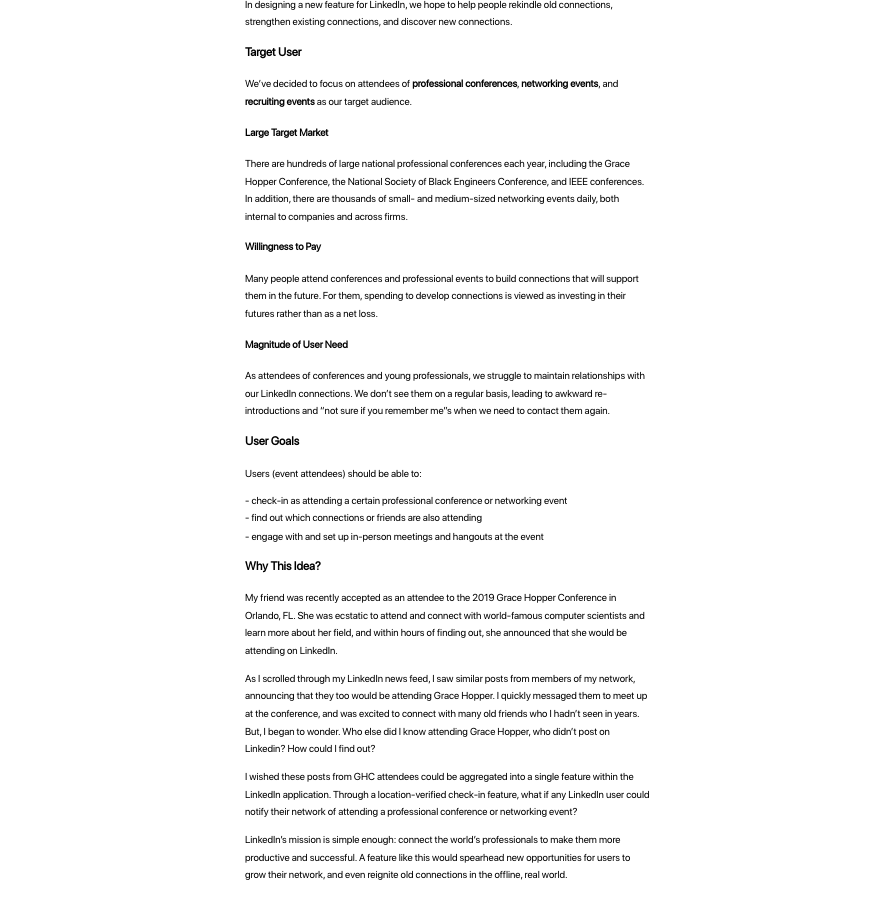
Repository: rdf004/rdf004.github.io
Page: /case1
An editor plug-in stored every save of this project. The page is shown before and after the next save, followed by the edit.
The browser window is 1280 px wide. The pictures show the part of the page from y = 884 to 2804 px (the page is 2185 px tall before and 2804 px after), at 70% of full size.
The project was rebuilt for these pictures with package versions that can differ from the ones it lists, and the page was loaded fresh each time. Also part of the build but not shown: src/Components/About.js, src/Components/Work.js, src/Components/Projects.js, src/Components/Design.js, src/Components/Books.js, src/Components/Resume.js.

Above is the page before, as saved 2019-11-20 21:11:32.

### public/index.html
<!DOCTYPE html>
<html lang="en">
  <head>
    <meta charset="utf-8" />
    <link rel="shortcut icon" href="Startup_Rocket-512.png" />
    <meta name="viewport" content="width=device-width, initial-scale=1" />
    <meta name="theme-color" content="#000000" />
    <meta
      name="description"
      content="Web site created using create-react-app"
    />
    <link rel="apple-touch-icon" href="logo192.png" />
    <!--
      manifest.json provides metadata used when your web app is installed on a
      user's mobile device or desktop. See https://developers.google.com/web/fundamentals/web-app-manifest/
    -->
    <link rel="manifest" href="%PUBLIC_URL%/manifest.json" />
    <!--
      Notice the use of %PUBLIC_URL% in the tags above.
      It will be replaced with the URL of the `public` folder during the build.
      Only files inside the `public` folder can be referenced from the HTML.

      Unlike "/favicon.ico" or "favicon.ico", "%PUBLIC_URL%/favicon.ico" will
      work correctly both with client-side routing and a non-root public URL.
      Learn how to configure a non-root public URL by running `npm run build`.
    -->
    <title>RFizzle's Websizzle</title>
  </head>
  <body>
    <noscript>You need to enable JavaScript to run this app.</noscript>
    <div id="root"></div>
    <!--
      This HTML file is a template.
      If you open it directly in the browser, you will see an empty page.

      You can add webfonts, meta tags, or analytics to this file.
      The build step will place the bundled scripts into the <body> tag.

      To begin the development, run `npm start` or `yarn start`.
      To create a production bundle, use `npm run build` or `yarn build`.
    -->
  </body>
</html>

### src/index.js
import React from 'react';
import ReactDOM from 'react-dom';
import { Route, Link, BrowserRouter as Router } from 'react-router-dom';

import About from './Components/About';
import Work from './Components/Work';
import Projects from './Components/Projects';
import Design from './Components/Design';
import Books from './Components/Books';
import Resume from './Components/Resume';
import Case1 from './Components/Case1';
import * as serviceWorker from './serviceWorker';

const routing = (
    <Router>
      <div>
        <Route exact path="/" component={About} />
        <Route path="/work" component={Work} />
        <Route path="/projects" component={Projects} />
        <Route path="/design" component={Design} />
        <Route path="/books" component={Books} />
        <Route path="/resume" component={Resume} />
        <Route path="/case1" component={Case1} />
      </div>
    </Router>
)

ReactDOM.render(routing, document.getElementById('root'));

// If you want your app to work offline and load faster, you can change
// unregister() to register() below. Note this comes with some pitfalls.
// Learn more about service workers: https://bit.ly/CRA-PWA
serviceWorker.unregister();

### src/Components/Case1.js
import React from 'react';
import Header from './Header';

import '../Style/style.css';

class Case1 extends React.Component {

    render() {
        return (
            <div className="grid-holder">

            <div className="grid-container">
                <Header className="header"/>
                <p className="page-content">
                    <h1>LinkedIn Events Redesign</h1>
                    <p>Over 630 million users have created CVs and professional brands on LinkedIn. Founded in 2002, LinkedIn has transformed into the premier social media site for professional networking, brand building, and job hunting.</p>
                    <p>LinkedIn recently launched an events feature which allows users to create events and advertise them on their news feeds, similar to Facebook events. However, the LinkedIn Events feature has struggled to gain traction, partially because the current feature fails to tie into LinkedIn’s mission of “connecting the world’s professionals”. Hence, my team and I decided to redesign the LinkedIn events feature in order to drive more interpersonal interaction and networking between professionals. To do this, we narrowed our scope to professionals at networking events and conferences because they provide prime opportunities for professionals to meet new connections.</p>
                    <p>My teammates Edward and Prabhav and I collaborated on all work. Each of us had a hand in design, user interviews, and writing. However, I focused more on writing and on the Figma LinkedIn app high-fidelity prototypes.</p>
                    <h2>Background Section</h2>
                    <h3><b>Design Prompt</b></h3>
                    <p><b>“Using a well-known social media app, extend or redesign a feature that helps encourage specific types of people in one’s surrounding area to get to gether in-person and physically interact in a meaningful way.”</b></p>
                    <h3>Project Objectives</h3>
                    <p>In designing a new feature for LinkedIn, we hope to help people rekindle old connections, strengthen existing connections, and discover new connections.</p>
                    <h3>Target User</h3>
                    <p>We’ve decided to focus on attendees of <b>professional conferences</b>, <b>networking events</b>, and <b>recruiting events</b> as our target audience.</p>
                    <h4>Large Target Market</h4>
                    <p>There are hundreds of large national professional conferences each year, including the Grace Hopper Conference, the National Society of Black Engineers Conference, and IEEE conferences. In addition, there are thousands of small- and medium-sized networking events daily, both internal to companies and across firms.</p>
                    <h4>Willingness to Pay</h4>
                    <p>Many people attend conferences and professional events to build connections that will support them in the future. For them, spending to develop connections is viewed as investing in their futures rather than as a net loss.</p>
                    <h4>Magnitude of User Need</h4>
                    <p>As attendees of conferences and young professionals, we struggle to maintain relationships with our LinkedIn connections. We don’t see them on a regular basis, leading to awkward re-introductions and “not sure if you remember me”s when we need to contact them again.</p>
                    <h3>User Goals</h3>
                    <p>Users (event attendees) should be able to:</p>
                    - check-in as attending a certain professional conference or networking event<br/>
                    - find out which connections or friends are also attending<br/>
                    - engage with and set up in-person meetings and hangouts at the event
                    <h3>Why This Idea?</h3>
                    <p>My friend was recently accepted as an attendee to the 2019 Grace Hopper Conference in Orlando, FL. She was ecstatic to attend and connect with world-famous computer scientists and learn more about her field, and within hours of finding out, she announced that she would be attending on LinkedIn.</p>
                    <p>As I scrolled through my LinkedIn news feed, I saw similar posts from members of my network, announcing that they too would be attending Grace Hopper. I quickly messaged them to meet up at the conference, and was excited to connect with many old friends who I hadn’t seen in years. But, I began to wonder. Who else did I know attending Grace Hopper, who didn’t post on Linkedin? How could I find out?</p>
                    <p>I wished these posts from GHC attendees could be aggregated into a single feature within the LinkedIn application. Through a location-verified check-in feature, what if any LinkedIn user could notify their network of attending a professional conference or networking event?</p>
                    <p>LinkedIn’s mission is simple enough: connect the world’s professionals to make them more productive and successful. A feature like this would spearhead new opportunities for users to grow their network, and even reignite old connections in the offline, real world. </p>
                </p>
            </div>

            </div>
        )
    }

}

export default Case1;

### src/Components/Header.js
import React from 'react';
import '../Style/style.css';

class Header extends React.Component {

    render() {
        return (

            <div className="flex-container">
                <p className="name">Roshan Fernando</p>
                <ul className="header-li-elements">
                    <li><a className="list-item-a" href="/">About</a></li>
                    <li>|</li>
                    <li><a className="list-item-a" href="/work">Work</a></li>
                    <li>|</li>
                    <li><a className="list-item-a" href="/projects">Projects</a></li>
                    <li>|</li>
                    <li><a className="list-item-a" href="/design">Design</a></li>
                    <li>|</li>
                    <li><a className="list-item-a" href="/books">Books</a></li>
                    <li>|</li>
                    <li><a className="list-item-a" href="/resume">Resume</a></li>
                </ul>
                <p className="content">{this.about}</p>
            </div>
        )
    }
}

export default Header;

### src/Style/style.css
/* PAGE */

.grid-holder {

}

.grid-container {
    display: grid;
    width: 600px;
    max-width: 100vw;
    margin: auto;

    line-height: 1.75;
}

.page-content {

    font-family: 'SF-Regular';
    font-size: 0.9em;
    color: black;
    padding: 10px;
    padding-top: 0px;
}

/* unvisited link */
.p-a:link {
    color: rgb(105, 196, 248);
    text-decoration: underline;
  }

  /* visited link */
.p-a:visited {
    color: rgb(105, 196, 248);
    text-decoration: underline;
  }

/* mouse over link */
.p-a:hover {
    color: rgb(105, 196, 248);
    text-decoration: underline;
  }

  /* selected link */
.p:active {
    color: rgb(105, 196, 248);
    text-decoration: underline;
  }

/* HEADER */

.flex-container {

    display: flex;
    justify-content: center;
    align-items: center;
    padding-top: 5vh;
    flex-wrap: wrap;

    max-width: inherit;
    min-width: 0;

}


.name {

    text-align: left;
    font-family: 'SF-Heavy';
    color: black;
    font-size: 1.05em;
    max-width: 250px;

    flex: 1;
    padding-left: 10px;

}

.header-li-elements {

    display: flex;
    padding: 0;
    justify-content: flex-end;
    color: black;

    flex: 1;
    padding-right: 10px;

}

li {

    list-style-type: none;
    padding: 2px;
    font-family: 'SF-Regular';
    font-size: 1.05em;
    color: black;

}

.content {
    width: 1000px;
    max-width: inherit;
}

body, html {

    margin: 0;
    padding: 0;
    background-color: white;

}

/* unvisited link */
.list-item-a:link {
    color: black;
    text-decoration: none;
  }

  /* visited link */
.list-item-a:visited {
    color: black;
    text-decoration: none;
  }

/* mouse over link */
.list-item-a:hover {
    color: rgb(0, 162, 255);
    text-decoration: none;
  }

  /* selected link */
.list-item-a:active {
    color: black;
    text-decoration: none;
  }

@font-face {
    src: url('./SF-Pro-Display-Heavy.otf');
    font-family: 'SF-Heavy';
}

@font-face {
    src: url('./SF-Pro-Display-Regular.otf');
    font-family: 'SF-Regular';
}

@font-face {
    src: url('./SF-Pro-Display-Thin.otf');
    font-family: 'SF-Thin';
}

Loaded but not shown: src/serviceWorker.js (common file)

After the next save:
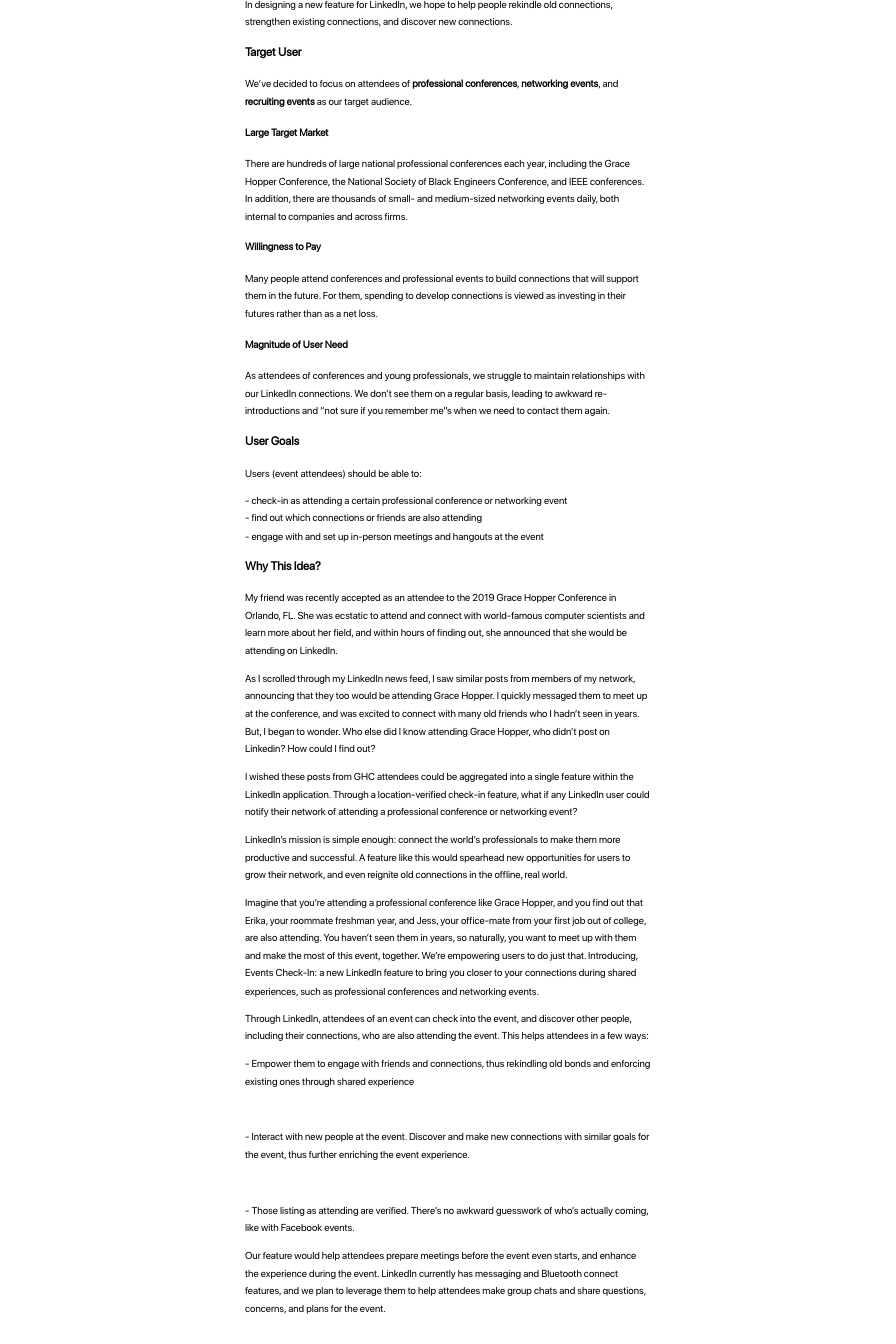
Saved 20 min 0 s later.
--- a/src/Components/Case1.js
+++ b/src/Components/Case1.js
@@ -39,6 +39,13 @@
                     <p>As I scrolled through my LinkedIn news feed, I saw similar posts from members of my network, announcing that they too would be attending Grace Hopper. I quickly messaged them to meet up at the conference, and was excited to connect with many old friends who I hadn’t seen in years. But, I began to wonder. Who else did I know attending Grace Hopper, who didn’t post on Linkedin? How could I find out?</p>
                     <p>I wished these posts from GHC attendees could be aggregated into a single feature within the LinkedIn application. Through a location-verified check-in feature, what if any LinkedIn user could notify their network of attending a professional conference or networking event?</p>
                     <p>LinkedIn’s mission is simple enough: connect the world’s professionals to make them more productive and successful. A feature like this would spearhead new opportunities for users to grow their network, and even reignite old connections in the offline, real world. </p>
+                    <p>Imagine that you’re attending a professional conference like Grace Hopper, and you find out that Erika, your roommate freshman year, and Jess, your office-mate from your first job out of college, are also attending. You haven’t seen them in years, so naturally, you want to meet up with them and make the most of this event, together.
+We’re empowering users to do just that. Introducing, Events Check-In: a new LinkedIn feature to bring you closer to your connections during shared experiences, such as professional conferences and networking events.</p>
+                    <p>Through LinkedIn, attendees of an event can check into the event, and discover other people, including their connections, who are also attending the event. This helps attendees in a few ways:</p>
+                    <p>- Empower them to engage with friends and connections, thus rekindling old bonds and enforcing existing ones through shared experience</p><br/>
+                    <p>- Interact with new people at the event. Discover and make new connections with similar goals for the event, thus further enriching the event experience.</p><br/>
+                    <p>- Those listing as attending are verified. There’s no awkward guesswork of who’s actually coming, like with Facebook events.</p>
+                    <p>Our feature would help attendees prepare meetings before the event even starts, and enhance the experience during the event. LinkedIn currently has messaging and Bluetooth connect features, and we plan to leverage them to help attendees make group chats and share questions, concerns, and plans for the event.</p>
                 </p>
             </div>
 
